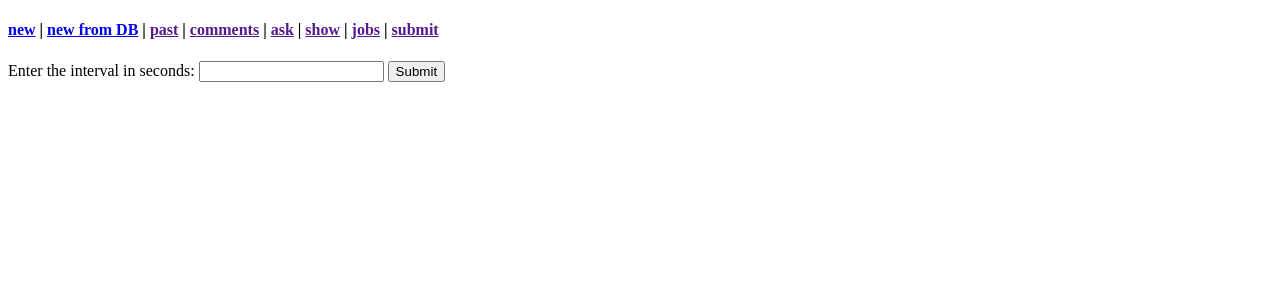
Repository: akshatmaheshwar/HackerNews-Clone
Page: http://localhost/HackerNews/dbnewest
These files come from the project's save history. The page is drawn as it stood at one moment and after the next save; the edit follows.
The browser window is 1280 px wide. The pictures show the whole page.
The page is served by Tomcat 10. Queries for data that is not in the repository find no rows.

Above is the page before, as saved 2023-10-11 10:46:33.

After the next save:
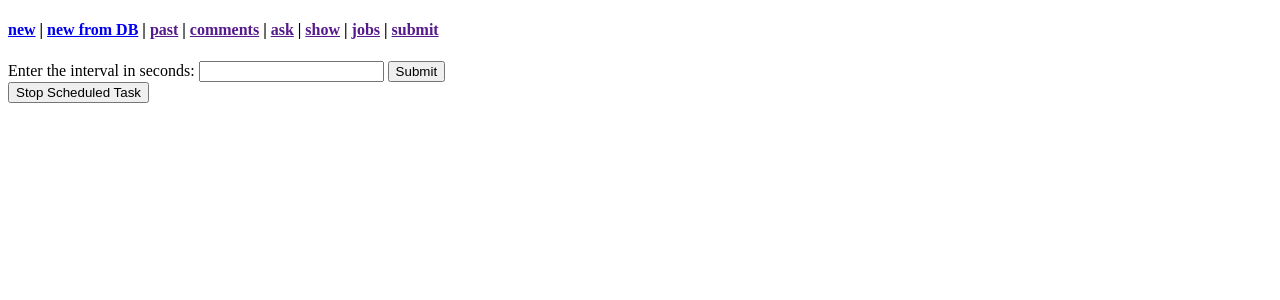
Saved 5 min 4 s later.
--- a/HackerNews/src/main/webapp/newest.jsp
+++ b/HackerNews/src/main/webapp/newest.jsp
@@ -33,12 +33,15 @@ String getDomainName(String url){
 	return "";
 }
 %>
-<h4> <a href ="newest">new</a>&nbsp;|&nbsp;<a href ="dbnewest">new from DB</a>&nbsp;|&nbsp;<a href ="">past</a>&nbsp;|&nbsp;<a href ="">comments</a>&nbsp;|&nbsp;<a href ="">ask</a>&nbsp;|&nbsp;<a href ="">show</a>&nbsp;|&nbsp;<a href ="">jobs</a>&nbsp;|&nbsp;<a href ="">submit</a></h4>
+<h4> <a href ="newest">new</a>&nbsp;|&nbsp;<a href ="db-newest">new from DB</a>&nbsp;|&nbsp;<a href ="">past</a>&nbsp;|&nbsp;<a href ="">comments</a>&nbsp;|&nbsp;<a href ="">ask</a>&nbsp;|&nbsp;<a href ="">show</a>&nbsp;|&nbsp;<a href ="">jobs</a>&nbsp;|&nbsp;<a href ="">submit</a></h4>
 <% int startNo = 1;
 if(request.getAttribute("pagination")!=null)startNo = (int)request.getAttribute("pagination")-29;%>
-<form action="scheduledServlet" method="post">
+	<form action="scheduled-servlet" method="post">
         Enter the interval in seconds: <input type="text" name="intervalSeconds" required>
         <input type="submit" value="Submit">
+    </form>
+     <form action="stop-scheduled-servlet" method="post">
+        <input type="submit" value="Stop Scheduled Task">
     </form>
 <ol start = <%=startNo%>>
      <%
